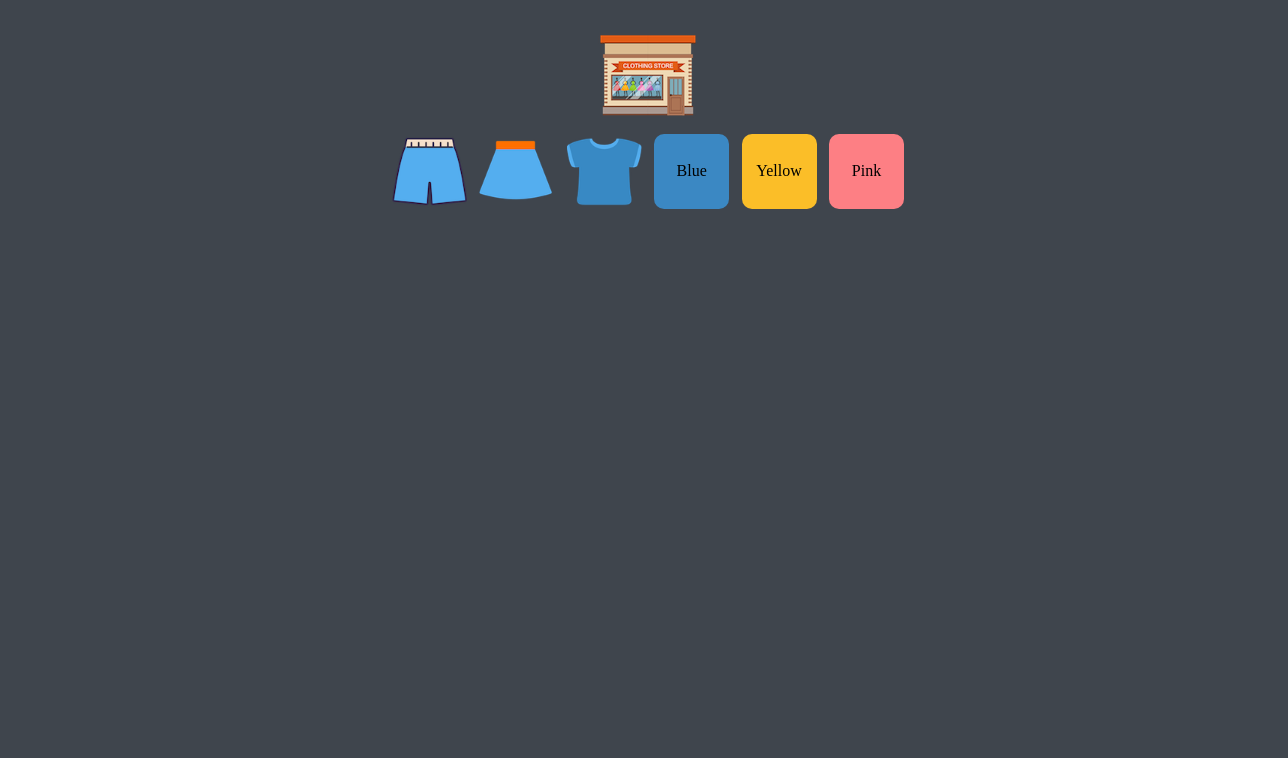
Repository: Jay-JYKim91/elle-shopping-mall
Page: index.html
The author's editor kept a copy of each file at every save. The page is drawn from the files as they stood at one save, then again after the next save.
The browser window is 1280 px wide. The page is 1288 px wide, so the pictures cover 1288 px, including what lies to the right of the window. The pictures show the whole page.

Above is the page before, as saved 2021-07-26 19:36:19.

After the next save:
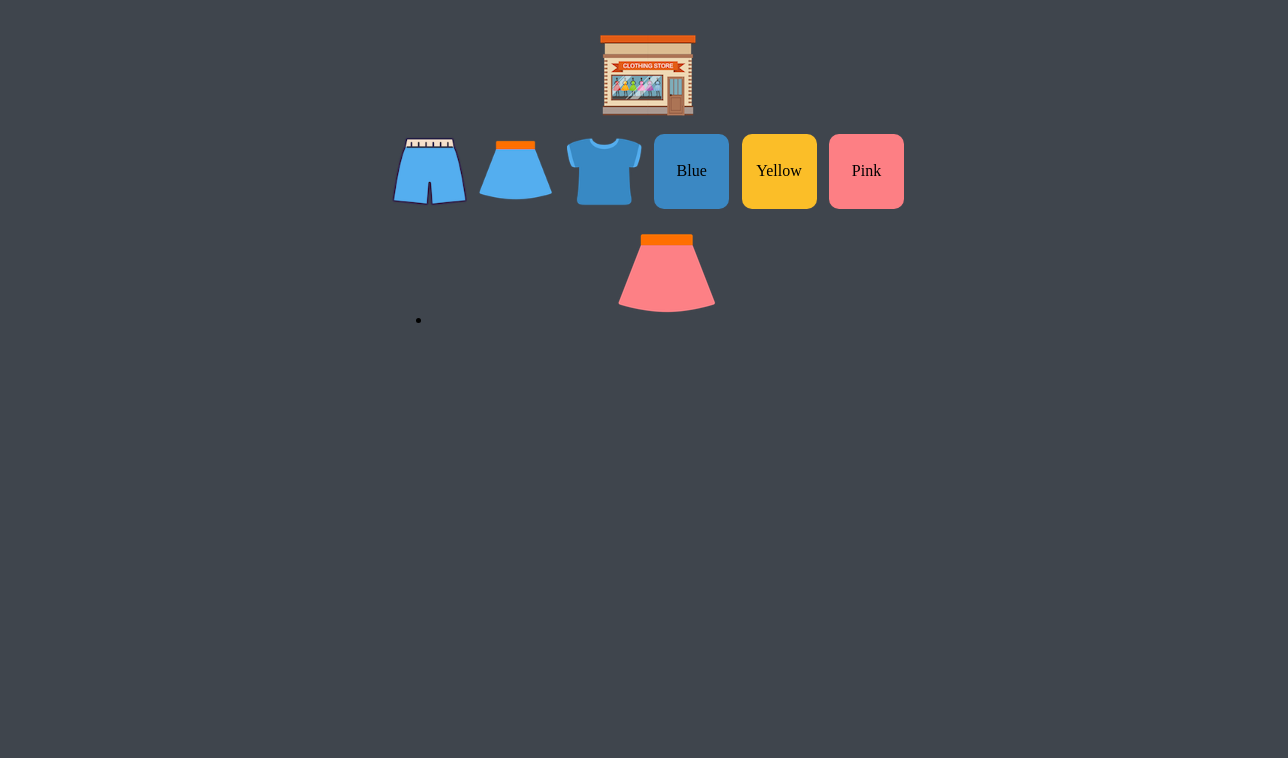
Saved 62 s later.
--- a/index.html
+++ b/index.html
@@ -13,15 +13,19 @@
         <img src="./img/logo.png" alt="logo">
       </div>
       <div class="options">
-        <img src="./img/blue_p.png" alt="">
-        <img src="./img/blue_s.png" alt="">
-        <img src="./img/blue_t.png" alt="">
+        <img src="./img/blue_p.png" alt="blue pants">
+        <img src="./img/blue_s.png" alt="blue skirt">
+        <img src="./img/blue_t.png" alt="blue t-shirt">
         <div class="color-box blue"><p>Blue</p></div>
         <div class="color-box yellow"><p>Yellow</p></div>
         <div class="color-box pink"><p>Pink</p></div>
       </div>
       <div class="lists">
-
+        <ul>
+          <li class="list">
+            <img src="./img/pink_s.png" alt="">
+          </li>
+        </ul>
       </div>
     </div>
   </body>
